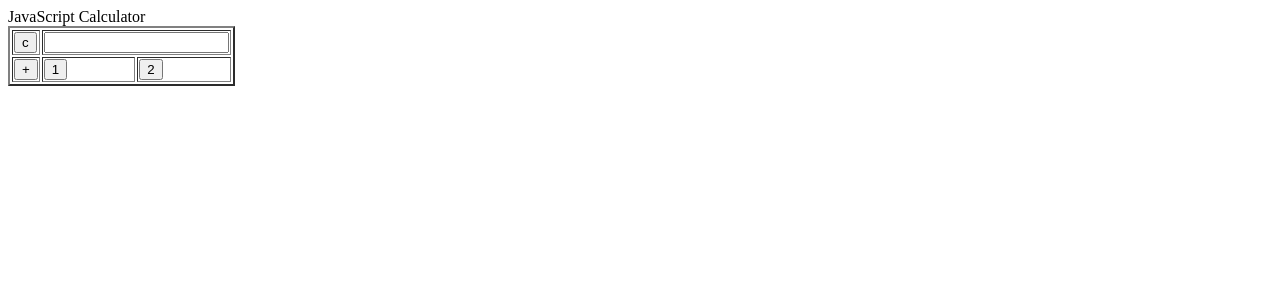
Repository: spidero7/Simple-Calculator
Page: index.html
An editor plug-in stored every save of this project. The page is shown before and after the next save, followed by the edit.
The browser window is 1280 px wide. The pictures show the whole page.

Above is the page before, as saved 2021-09-15 06:53:11.

After the next save:
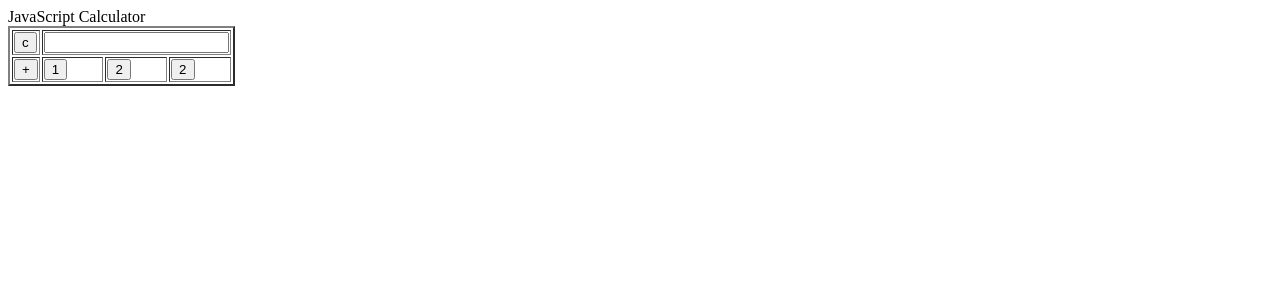
Saved 65 s later.
--- a/index.html
+++ b/index.html
@@ -18,6 +18,7 @@
             <td><input type="button" value="+" onclick="display('+')"/></td>
             <td><input type="button" value="1" onclick="display('1')"/></td>
             <td><input type="button" value="2" onclick="display('2')"/></td>
+            <td><input type="button" value="2" onclick="display('2')"/></td>
         </tr>
     </table>
     <script src="app.js"></script>
